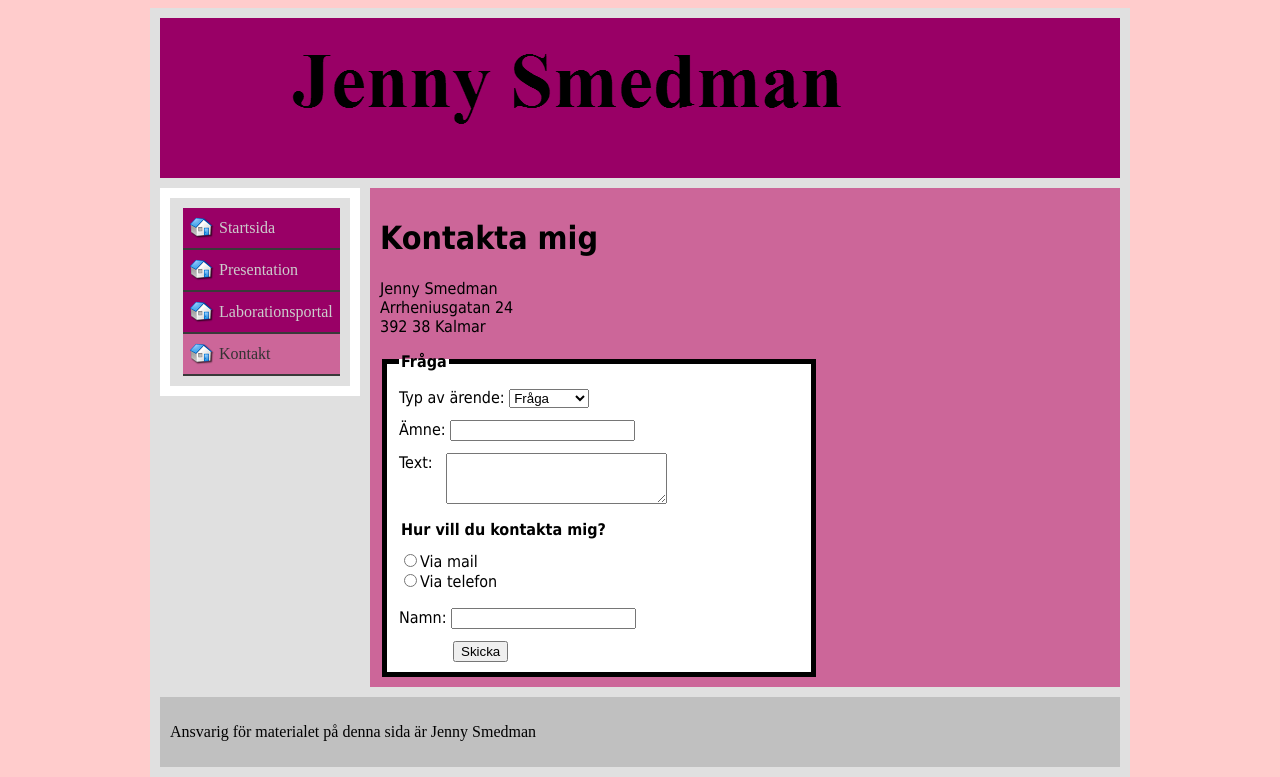
Repository: js223mx/1ik415-js223mx-laborationer
Page: pages/kontakt.html
The author's editor kept a record of every edit. The page is drawn from the files as they stood at one moment, then again after the next edit.
The browser window is 1280 px wide. The pictures show the whole page.

Above is the page before.

### pages/kontakt.html
<!doctype html>
<html lang="sv" >

    <head>

            <meta charset="utf-8" />
            <title>Kontakta mig</title>
            <link rel="stylesheet" type="text/css" href="../css/style.css">

    </head>
    <body>
    <div id="container">

            <div id="header">
            <div class="loggodiv"></div>
            </div>


            <div id="navigation">
            <div id="navmenu">
            <ul class= navlist>
                <li class="home"><a href="../index.html">Startsida</a></li>
                <li class="pres"><a href="presentation.html">Presentation</a></li>
                <li class="lab"><a href="laborationer.html">Laborationsportal</a></li>
                <li class="kon"><a href="kontakt.html" class="active">Kontakt</a></li>

            </ul>
            </div>
            </div>

             <div id="content">
             <h1>Kontakta mig</h1>
                <p>Jenny Smedman<br>
                    Arrheniusgatan 24<br>
                    392 38 Kalmar
                </p>


                <form id="contactform" action="http://voyager.lnu.se/tekinet/kurser/dtt/wp_webbintro/form.php" method="post">
                    <fieldset id=fieldset>
                        <legend id="legend">Fråga</legend>
                        Typ av ärende:
                        <select id="select">
                           <option value="Fråga">Fråga</option>
                           <option value="Komentar">Komentar</option>
                        </select><br>
                        <label for="Ämne">Ämne:</label>
                        <input name="Ämne" id="Ämne" type="text"><br>
                        <label for="Textlabel" id="Textlabel">Text:</label>
                        <textarea name="Text" id="Text" cols="25" rows="3"></textarea>

                        <legend id="legend">Hur vill du kontakta mig?</legend>
                        <input type="radio" name="Kontakttyp" value="Via mail">Via mail<br>
                        <input type="radio" name="Kontakttyp" value="Via telefon">Via telefon<br>

                           Namn: <input type="text" name="Namn" id="name"><br>
                          <input type="submit" value="Skicka" id="submit">

                       </fieldset>
                </form>
                </div>

             <div id="footer">
             <p>Ansvarig för materialet på denna sida är Jenny Smedman</p>
             </div>
     </div>
    </body>


</html>

### css/style.css
html {
    height: 100%;
}
body {
    background-color: #FFCCCC;
    min-height: 100% !important;
    height: 100;
}
#container {
    width: 960px;
    margin-left: auto;
    margin-right: auto;
}
#navigation {
    width: 180px;
    float: left;
    background-color: #FFFFFF;
    height: 100%;
    margin-right: 10px;
}
#content {
    overflow: scroll;
    background-color: #CC6699;
    height: 100%;
    font-family: "Tahoma", Geneva, sans-serif;
}
#header {
    background-color: #990066;
    width: 940px;
    margin-bottom: 10px;
}
#footer {
    background-color: #C0C0C0;
    margin-top: 10px;
}
/* body backgroundcolor: #FFCCCC
    navigation backgroundcolor: #FFFFFF
    content backgroundcolor: #CC6699
    header backgroundcolor: #990066
    footer backgroundcolor: #C0C0C0 */

div {
    padding: 10px;
    background-color: #E0E0E0;
}
ul {
    list-style-type:none;
    padding-left: 0;
    margin: 0;
}

h1 {
    font-size: 200%;
}
h2 {
    font-size: 150%;

}
h3:before {
    font-size: 125%;
}
p {
    font-size: 100%;

}
.h3{
    border-bottom: 2px solid #000000;
    background-color:transparent;
}
.h3:before{
    background: url("text.png") no-repeat;
    width: 46px;
    height: 44px;
    content:"";
    float: left;
    display: block;
    margin: 5px 5px 5px 0;
}
.welcome {
    font-size: 250%;
    font-family: "Tahoma", Geneva, sans-serif;
    font-weight: bold;
}
#signed {
    font-style: oblique;
    font-weight: bold;
    font-size: 80%;
}
#video
{
    margin-bottom:0px;
}
#blogg {
    margin-bottom:0px;
}
#content a {
    text-decoration: none;
    color: #FFFFFF;
}
#content a:hover {
    text-decoration: underline;
}
/*navigation---------------------------------------------------------*/

#navigation a:hover
{
    background: #CC6699;
	color: #fff;
}
#navigation a {
    background: #990066;
	border-bottom: 2px solid #393939;
	color: #ccc;
	display: block;
	margin: 0px;
	padding: 8px 12px;
	text-decoration: none;
	text-indent: 24px;
}
#navigation .active {
    background-color: #CC6699;
	color: #333;
}
.navlist {
    margin: 0;
    padding: 0;
    text-align: left;
}
.navlist li {
    list-style-type: none;
    padding-top: 0;
    padding-left: 3px;
    margin-bottom: 0;
    line-height: 1.5em;
    position: relative;
}
.navlist li:before {
  position: absolute;
  margin: 8px 0 0 7px;
  min-height: 30px;
  background: url(sprite.png) no-repeat;
  width: 24px;
  content:"";
  vertical-align: middle;
}
.navlist li.home:hover:before{
    background: url(sprite.png) 0px -24px;
}
.navlist li home:before {
    background-position: 0px -48px;
}


/*table---------------------------------------------------------*/
#table, td, th{
    border:3px solid black;
    background-color:white;
    padding: 15px;
}
.list-title
{
    font-weight:bold;
}

/*form---------------------------------------------------------*/

#legend {
    font-weight: bold;
    margin-bottom: 12px;
}
#fieldset {
    border: 5px solid black;
    width: 400px;
    height: 300px;
    background-color: #FFFFFF;
}
#select {
    margin-bottom: 12px;
}
#Text {
    margin-top: 12px;
    margin-bottom: 12px;
    margin-left: 9px;
}
#Textlabel {
    position: relative;
    bottom: 48px;
}
#name {
    margin-top: 17px;
}
#submit {
    margin-top: 12px;
    margin-left: 54px;
}


/*images---------------------------------------------------------*/
#daisy {
    float: right;
    padding:1px;
    border:3px solid #990066;
    background-color:#990066;
}
.loggodiv {
    background: url("min-logga.png") no-repeat;
    height: 120px;
    margin-left: auto;
    margin-right: auto;
}

/*printing---------------------------------------------------------*/
@media print
{
#header{
    display: none;
}
#navigation{
    display: none;
}
#footer {
    display: none;
}
#content {
    overflow: visible;
}
a:after{
    content:" (" attr(href) ") ";font-size:0.8em;font-weight:normal;
}
#videon {
    display: none;
}
#jag{
    display: none;
}
#daisy {
    display: none;
}
#contactform {
    display: none;
}
}

After the next edit:
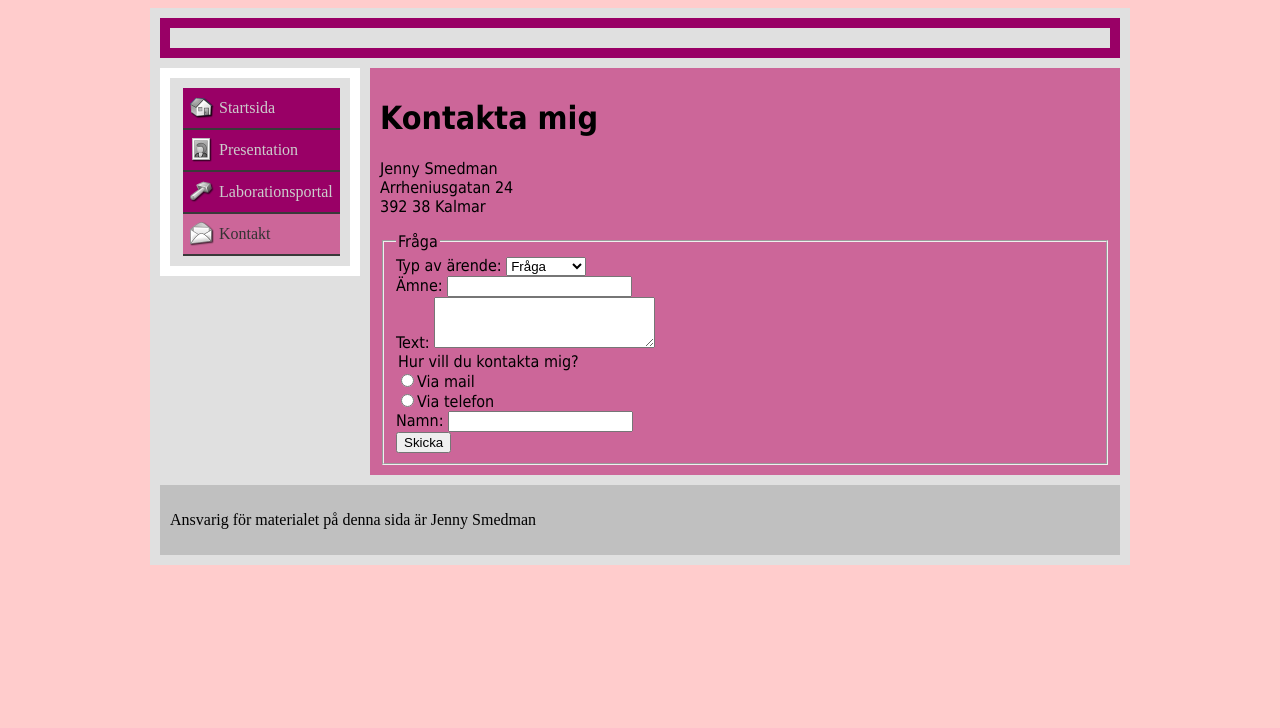
The edit:
--- a/css/style.css
+++ b/css/style.css
@@ -143,12 +143,30 @@
   content:"";
   vertical-align: middle;
 }
-.navlist li.home:hover:before{
-    background: url(sprite.png) 0px -24px;
-}
-.navlist li home:before {
-    background-position: 0px -48px;
-}
+navlist li.home:hover:before {
+     background-position: 0px 0px;
+     }
+.navlist li.home:before {
+     background-position: 0px -48px;
+     }
+.navlist li.pres:before {
+     background-position: 0px -240px;
+     }
+.navlist li.pres:hover:before {
+     background-position: 0px -192px;
+     }
+.navlist li.lab:before {
+     background-position: 0px -144px;
+     }
+.navlist li.lab:hover:before {
+     background-position: 0px -96px;
+     }
+.navlist li.kon:before {
+     background-position: 0px -336px;
+     }
+.navlist li.kon:hover:before {
+     background-position: 0px -288px;
+
 
 
 /*table---------------------------------------------------------*/

After the 3 edits that followed:
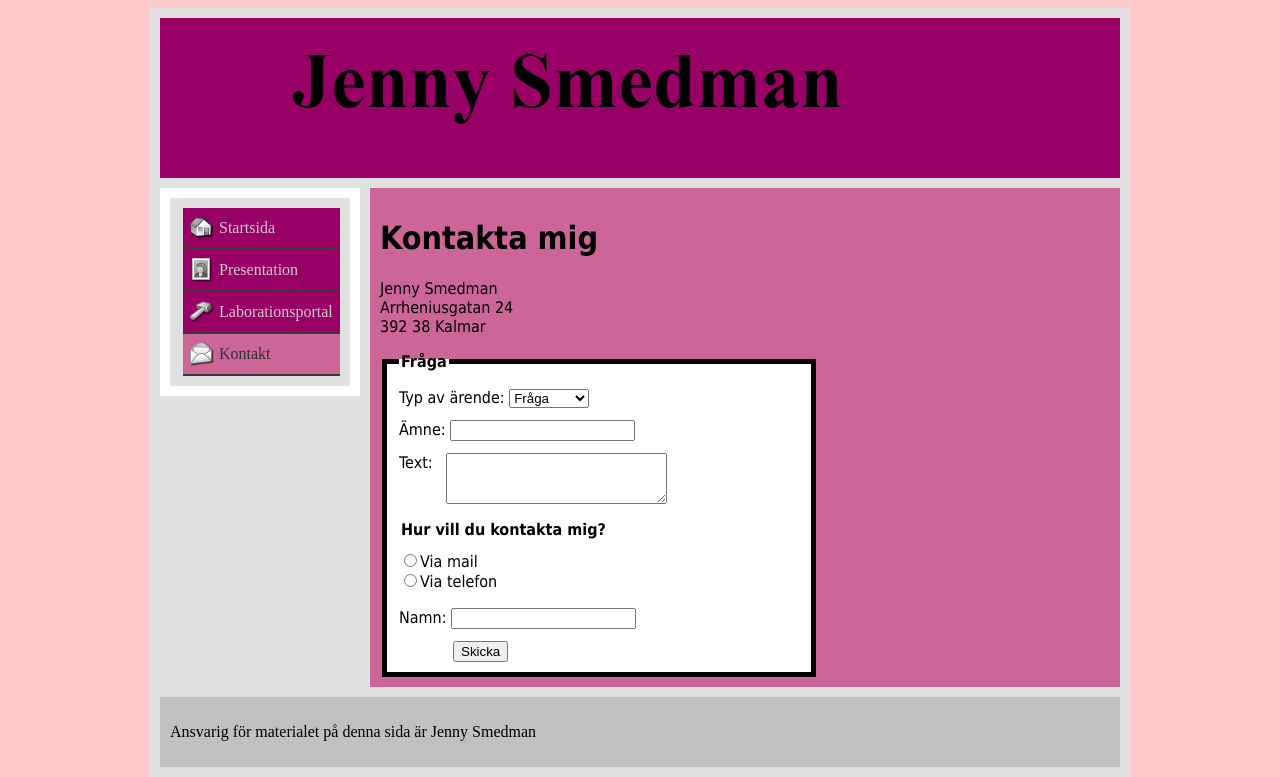
The 3 edits are shown as one change because 2 left the picture as it was.
The edit:
--- a/css/style.css
+++ b/css/style.css
@@ -166,17 +166,16 @@
      }
 .navlist li.kon:hover:before {
      background-position: 0px -288px;
-
+}
 
 
 /*table---------------------------------------------------------*/
-#table, td, th{
+#table, td, th {
     border:3px solid black;
     background-color:white;
     padding: 15px;
 }
-.list-title
-{
+.list-title {
     font-weight:bold;
 }
 
